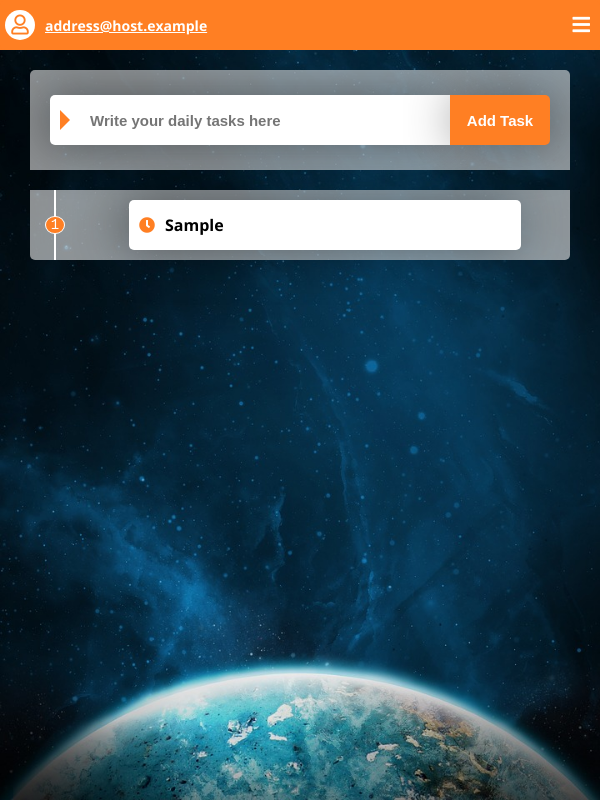
Repository: OmarEssameldinMousa/To-do-list-level01
Page: index.html
The author's editor kept a copy of each file at every save. The page is drawn from the files as they stood at one save, then again after the next save.
The browser window is 600 px wide. The pictures show the whole page.
Empty fields were first filled with sample values (such as "Sample", 5 or name@example.com).
After loading, the first visible `input.add` was clicked once.

Above is the page before, as saved 2023-08-10 01:46:45.

### index.html
<!DOCTYPE html>
<html lang="en">

<head>
    <meta charset="UTF-8">
    <meta name="viewport" content="width=device-width, initial-scale=1.0">
    <title>ToDo</title>
    <link rel="stylesheet" href="main.css">
    <link rel="preconnect" href="https://fonts.gstatic.com" />
    <link rel="stylesheet" href="css/all.min.css">
    <link href="https://fonts.googleapis.com/css2?family=Open+Sans:wght@400;700&display=swap" rel="stylesheet" />
</head>

<body>
    <div class="dashboard">
        <div class="nav">
            <div class="navigation">
                <div class="profile">
                    <div class="profile-pic">
                        <i class="fa-regular fa-user"></i>
                    </div>
                    <h3>address@host.example</h3>
                    <i class="fa-solid fa-bars" style="color: #ffffff;"></i>
                </div>
                <ul>
                    <li>
                        <span class="toggle"></span>
                        <span class="title">option</span>
                        <i class="fa-solid fa-plus"></i>
                    </li>
                    <li>
                        <span class="toggle"></span>
                        <span class="title">option</span>
                        <i class="fa-solid fa-plus"></i>
                    </li>
                    <li>
                        <span class="toggle"></span>
                        <span class="title">option</span>
                        <i class="fa-solid fa-plus"></i>
                    </li>
                    <li>
                        <span class="toggle"></span>
                        <span class="title">option</span>
                        <i class="fa-solid fa-plus"></i>
                    </li>
                    <li>
                        <span class="toggle"></span>
                        <span class="title">option</span>
                        <i class="fa-solid fa-plus"></i>
                    </li>
                    <li>
                        <span class="toggle"></span>
                        <span class="title">option</span>
                        <i class="fa-solid fa-plus"></i>
                    </li>
                    <li>
                        <span class="toggle"></span>
                        <span class="title">option</span>
                        <i class="fa-solid fa-plus"></i>
                    </li>
                    <li>
                        <span class="toggle"></span>
                        <span class="title">option</span>
                        <i class="fa-solid fa-plus"></i>
                    </li>
                </ul>
            </div>
        </div>
        <div class="workstation">
            <div class="container">
                <div class="form">
                    <div>
                        <span></span>
                        <input type="text" class="input" placeholder="Write your daily tasks here">
                    </div>
                    <input type="submit" class="add" value="Add Task">
                </div>
                <!-- separator -->
                <div class="tasks">
                    <div class="tasks-numbers">

                    </div>
                    <div class="tasks-container">

                    </div>
                </div>
            </div>
        </div>
    </div>
    <script src="main.js"></script>
</body>

</html>

### main.css
:root {
    --main-color: rgba(235, 235, 235, 0.6);
    --secondery-color: #ff7f23;
}

* {
    -webkit-box-sizing: border-box;
    -moz-box-sizing: border-box;
    box-sizing: border-box;
    padding: 0;
    margin: 0;
}

body {
    font-family: "Open Sans", sans-serif;
    background-image: url(backgroundimage.jpg);
    background-repeat: no-repeat;
    background-size: cover;
    position: relative;
    height: 100%;
    background-attachment: fixed;
}

ul {
    list-style: none;
}

.dashboard {
    display: flex;
    height: 100%;
    width: 100%;
    column-gap: 0px;
}

.nav {
    width: 300px;
    height: 100%;
    position: relative;
    margin-top: 20px;
    border-radius: 5px;
    margin-left: 20px;
}

.nav .navigation {
    height: 100%;
    width: 100%;
    position: relative;
}

.nav .navigation .profile {
    width: 100%;
    height: 50px;
    background-color: var(--secondery-color);
    display: flex;
    align-items: center;
    border-radius: 5px;
    position: relative;
    flex-wrap: wrap;
}

.nav .navigation .profile .profile-pic {
    border-radius: 50%;
    background-color: white;
    height: 30px;
    width: 30px;
    display: flex;
    align-items: center;
    justify-content: center;
    margin-left: 5px;
}

.nav .navigation .profile i {
    font-size: 20px;
    color: var(--secondery-color);
}

.nav .navigation .profile h3 {
    font-size: 14px;
    padding-left: 10px;
    text-decoration: underline;
    color: white;
}

.nav .navigation ul {
    width: 100%;
    margin: auto;
    margin-top: 5px;
    padding: 5px;
    background: var(--main-color);
    border-bottom-left-radius: 5px;
    border-bottom-right-radius: 5px;
    border-bottom: 5px solid #ff7f23;
}

.nav .navigation ul li {
    padding: 5px;
    height: 30px;
    background-color: white;
    margin-bottom: 5px;
    border-radius: 1px;
    border-left: 5px solid #ff7f23;
    display: flex;
    align-items: center;
    transition: 0.3s;
}


.nav .navigation ul li:hover .toggle {
    padding-left: 10px;
}

.fa-solid.fa-plus {
    position: absolute;
    right: 15px;
    font-size: 25px;
    color: #ff7f23;
    font-weight: bold;
}

li .toggle {
    border: 10px solid var(--secondery-color);
    border-color: transparent transparent transparent #ff7f23;
    transition: 0.3s;
}

.workstation {
    height: 100%;
    position: relative;
    flex: 1;
}

.container {
    width: 100%;
    min-height: 50px;
    background-color: transparent;
    z-index: 1;
    position: absolute;
}

.container .form {
    width: 90%;
    height: 100px;
    background-color: var(--main-color);
    margin: 20px auto;
    border-top-right-radius: 5px;
    border-top-left-radius: 5px;
    text-align: center;
    position: relative;
    display: flex;
    justify-content: center;
    align-items: center;
    padding-left: 20px;
    padding-right: 20px;
}

.container .tasks {
    width: 90%;
    background-color: var(--main-color);
    margin: 20px auto;
    display: flex;
    border-bottom-left-radius: 5px;
    border-bottom-right-radius: 5px;
}

.container .form .input,
.container .form .add {
    display: block;
    height: 50px;
}

.container .form div {
    width: 80%;
    border-bottom-left-radius: 5px;
    border-top-left-radius: 5px;
    border: 0px solid;
    box-shadow: -5px 0 50px 0px #00000073;
    background-color: white;
    display: flex;
    justify-content: flex-end;
    align-items: center;
}

.container .form div span {
    border: 10px solid #ff7f23;
    border-color: transparent transparent transparent #ff7f23;
    margin-right: 10px;
    margin-left: 10px;
}

.container .form div .input {
    outline: 0;
    font-size: 15px;
    border: 0px solid;
    font-weight: bold;
    width: 90%;
}

.container .form .add {
    width: 100px;
    border: 0px solid;
    background-color: #ff7f23;
    color: white;
    font-weight: bold;
    font-size: 15px;
    border-bottom-right-radius: 5px;
    border-top-right-radius: 5px;
    box-shadow: 5px 0 50px 0px #00000073;
}

.container .tasks .tasks-container {
    width: 80%;
    display: flex;
    flex-direction: column;
    align-items: center;
    align-content: center;
    flex: 1;
}

.container .tasks .tasks-container .task {
    width: 80%;
    height: 50px;
    border-radius: 5px;
    border: 0px solid;
    box-shadow: -5px 0 50px 0px #00000073;
    background-color: white;
    margin: 10px 0;
    position: relative;
    display: flex;
    align-items: center;
}

.container .tasks .tasks-container .task i {
    margin-left: 10px;
    margin-right: 10px;
    color: var(--secondery-color);
}


.container .tasks .tasks-container .task::after {
    content: "";
    width: 10%;
    height: 100%;
    background-color: #ff7f23;
    position: absolute;
    top: 0;
    left: 90%;
    z-index: 0;
    border-top-right-radius: 5px;
    border-bottom-right-radius: 5px;
}

.container .tasks .tasks-container .task i:first-of-type {
    position: absolute;
    right: 4%;
    top: 50%;
    transform: translateY(-50%);
    color: white;
    z-index: 1;
    font-size: 20px;
}

.container .tasks .tasks-container .task i:last-of-type {
    position: absolute;
    right: 0%;
    top: 50%;
    transform: translateY(-50%);
    color: white;
    z-index: 1;
    font-size: 20px;
}

.container .tasks .tasks-numbers {
    width: 50px;
    display: flex;
    align-items: center;
    flex-direction: column;
}


.tasks-numbers .repated-line-circle {
    width: 2px;
    height: 70px;
}

.tasks-numbers .line-circle {
    display: flex;
    flex-direction: column;
    width: 100%;
    height: 100%;
    justify-content: space-between;
    align-items: center;
}

.tasks-numbers .line-circle .upper-line {
    width: 100%;
    height: 40%;
    background-color: white;
}

.tasks-numbers .line-circle .circle {
    font-family: 'VT323', monospace;
    width: 20px;
    height: 20px;
    background-color: #ff7f23;
    border-radius: 50%;
    text-align: center;
    position: relative;
    transition: 0.3s;
    animation: gradient-animation 5s infinite alternate;
    border: 1px solid white;
}


.tasks-numbers .line-circle .circle p {
    position: absolute;
    left: 50%;
    top: 50%;
    transform: translate(-50%, -50%);
    font-size: 14px;
    color: white;
}

.line-circle .circle p a {
    text-decoration: none;
}

.tasks-numbers .line-circle .lower-line {
    width: 2px;
    height: 40%;
    background-color: white;
}

.nav .navigation .profile i.fa-solid.fa-bars {
    position: absolute;
    right: 10px;
}


@media (max-width: 767px) {
    body {
        background-image: url(longphoto.jpg);

    }

    .dashboard {
        flex-direction: column;
    }

    .nav {
        margin-left: 0;
        margin-top: 0;
        width: 100% !important;
        height: 50px;
        z-index: 2;
    }

    .navigation {
        width: 100%;
        position: absolute;
        background-color: #ff7f23;
    }

    .nav .navigation ul {
        width: 100%;
        display: none;
        box-shadow: 0px 0 30px 0px #000000a9;
    }

    .nav .navigation ul li {
        border: none;
        border-bottom: 1px solid #ff7f23;
        margin: 0;
    }

    .navigation .footer {
        display: none;
    }

    .nav .navigation .profile i.fa-solid.fa-bars {
        display: inline-block;
    }

    .nav .navigation .profile i.fa-solid.fa-bars.second {
        display: none;
    }

    .container .tasks .tasks-container .task::after {
        display: none;
    }
}

/* Small */
@media (min-width: 768px) {}

/* Medium */
@media (min-width: 992px) {}

/* Large */
@media (min-width: 1200px) {}

### main.js
let counter = 1;
let counterarray = [];
let tasksDiv = document.querySelector(".tasks-container");
let tasksnumbersDiv = document.querySelector(".tasks-numbers");
let inputbox = document.querySelector(".input");
let inputboxValue = inputbox.value;
let inputbtn = document.querySelector(".add");
let idtentity = 0;
let list = [];
let menu_bars = document.querySelector("i.fa-solid.fa-bars")
let optionsul = document.querySelector(".nav .navigation ul")
let menu_bars2 = document.querySelector("i.fa-solid.fa-bars.second")
let navdiv = document.querySelector(".nav")

function createTaskDiv_NumberDiv() {
    if (inputbox.value != "") {
        let inputbox = document.querySelector(".input");
        let inputboxValue = inputbox.value;
        counterarray.push(counter);
        // craeting task divs
        let taskDiv = document.createElement("div");
        taskDiv.className = "task";
        let i1 = document.createElement("i");
        i1.className = "fa-regular fa-square-check";
        let i2 = document.createElement("i");
        i2.className = "fa-solid fa-clock";
        let i3 = document.createElement("i");
        i3.className = "fa-regular fa-trash-can";
        i3.setAttribute("index", counterarray.length - 1);
        let tasktitle = document.createElement("h4");
        tasktitle.innerHTML = inputboxValue;
        // nesting all childs under each parent
        tasksDiv.appendChild(taskDiv);
        taskDiv.appendChild(i1);
        taskDiv.appendChild(i2);
        taskDiv.appendChild(i3);
        taskDiv.appendChild(tasktitle);
        //creating the numbering divs
        let repatedlinecircleDiv = document.createElement("div");
        repatedlinecircleDiv.className = "repated-line-circle";
        let linecirclediv = document.createElement("div");
        linecirclediv.className = "line-circle";
        let upperlinediv = document.createElement("div");
        upperlinediv.className = "upper-line";
        let circlediv = document.createElement("div");
        circlediv.className = "circle";
        let circleparacontent = document.createElement("p");
        circleparacontent.innerHTML = `${counterarray.length}`;
        let lowerlinediv = document.createElement("div");
        lowerlinediv.className = "lower-line";
        //nesting all childs under each parent
        tasksnumbersDiv.appendChild(repatedlinecircleDiv);
        repatedlinecircleDiv.appendChild(linecirclediv);
        linecirclediv.appendChild(upperlinediv);
        linecirclediv.appendChild(circlediv);
        circlediv.appendChild(circleparacontent);
        linecirclediv.appendChild(lowerlinediv);
        // after adjustments
        list.push({ "id": idtentity, "title": inputbox.value, });
        window.localStorage.setItem("tasks", JSON.stringify(list));
        inputbox.value = "";
        counter++;
        idtentity++;
        inputbox.focus();
    }
}

inputbtn.addEventListener("click", createTaskDiv_NumberDiv);

document.addEventListener("click", function (e) {
    if (e.target.className === "fa-regular fa-trash-can") {
        let n = 1;
        // deleting from BOM - local storage
        let storedTasks = JSON.parse(window.localStorage.getItem("tasks"))
        storedTasks.filter(a => a.id != e.index);
        list = storedTasks;
        window.localStorage.clear()
        window.localStorage.setItem("tasks", JSON.stringify(storedTasks));
        // deleting from the DOM
        e.target.parentElement.parentElement.previousElementSibling.lastChild.remove();
        counterarray.pop();
        counter--;
        e.target.parentElement.remove();
        document.querySelectorAll(".circle p").forEach(element => {
            element.innerHTML = n;
            n++;
        });
    }
})

menu_bars.addEventListener("click", function () {
    if (optionsul.style.display == "block") {
        optionsul.style.display = "none"
    } else {
        optionsul.style.display = "block"
    }
})

Loaded but not shown: css/all.min.css (library)

After the next save:
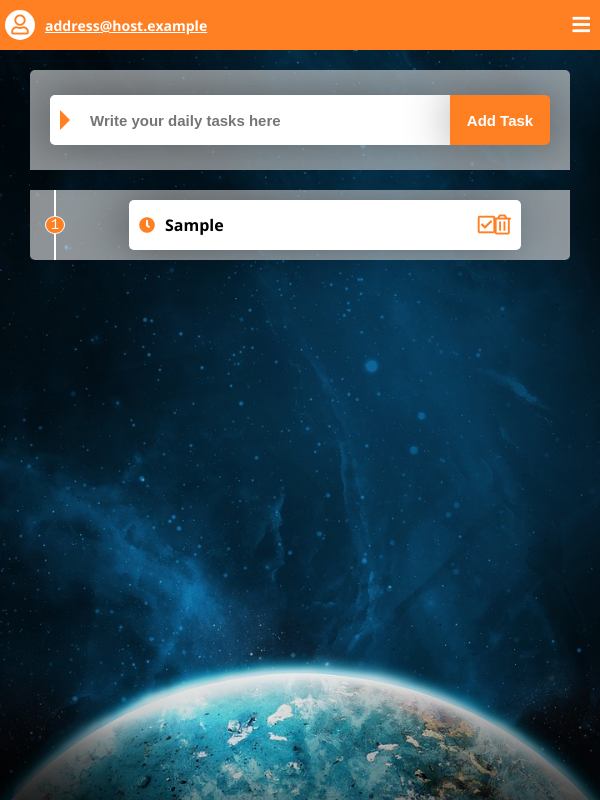
Saved 55 s later.
--- a/main.css
+++ b/main.css
@@ -387,6 +387,26 @@ li .toggle {
     .container .tasks .tasks-container .task::after {
         display: none;
     }
+
+    .container .tasks .tasks-container .task i:first-of-type {
+        position: absolute;
+        right: 4%;
+        top: 50%;
+        transform: translateY(-50%);
+        color: #ff7f23;
+        z-index: 1;
+        font-size: 20px;
+    }
+
+    .container .tasks .tasks-container .task i:last-of-type {
+        position: absolute;
+        right: 0%;
+        top: 50%;
+        transform: translateY(-50%);
+        color: #ff7f23;
+        z-index: 1;
+        font-size: 20px;
+    }
 }
 
 /* Small */
